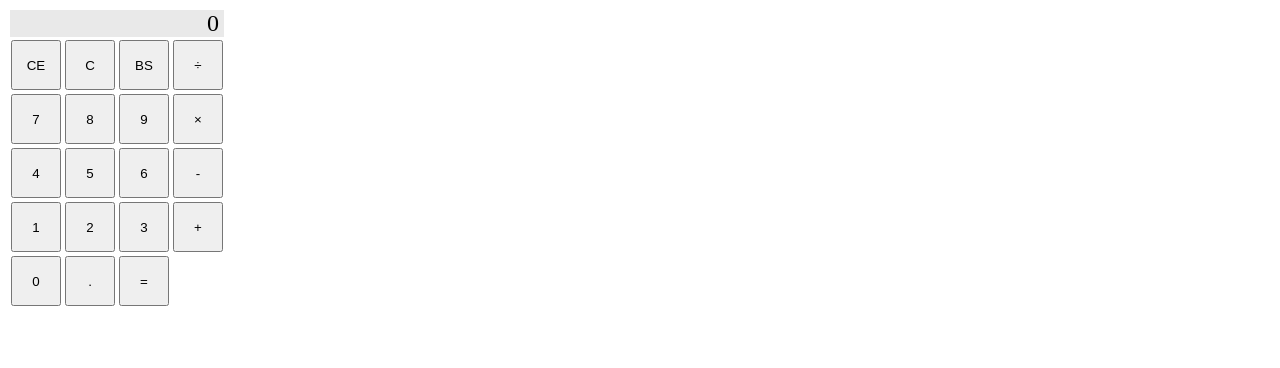
Repository: yunBibi/newlecture_jsp
Page: Test/src/main/webapp/calc3.html
These files come from the project's save history. The page is drawn as it stood at one moment and after the next save; the edit follows.
The browser window is 1280 px wide. The pictures show the whole page.

Above is the page before, as saved 2021-12-04 07:24:12.

### Test/src/main/webapp/calc3.html
<!DOCTYPE html>
<html>
<head>
<meta charset="UTF-8">
<title>Insert title here</title>
<style>
input{
	width:50px;
	height:50px;
}
.output{
	heigt: 50px;
	background: #e9e9e9;
	font-size: 24px;
	font-style: bold;
	text-align: right;
	padding: 0px 5px;
}

</style>
</head>
<body>
	<form action="calc3" method="post">
		<table>
			<tr>
				<td class="output" colspan="4">0</td>
			</tr>
			<tr>
				<td><input type="submit" name="operator" value="CE" /></td>
				<td><input type="submit" name="operator" value="C" /></td>
				<td><input type="submit" name="operator" value="BS" /></td>
				<td><input type="submit" name="operator" value="÷" /></td>
			</tr>
			<tr>
				<td><input type="submit" name="value" value="7" /></td>
				<td><input type="submit" name="value" value="8" /></td>
				<td><input type="submit" name="value" value="9" /></td>
				<td><input type="submit" name="operator" value="×" /></td>
			</tr>
			<tr>
				<td><input type="submit" name="value" value="4" /></td>
				<td><input type="submit" name="value" value="5" /></td>
				<td><input type="submit" name="value" value="6" /></td>
				<td><input type="submit" name="operator" value="-" /></td>
			</tr>
			<tr>
				<td><input type="submit" name="value" value="1" /></td>
				<td><input type="submit" name="value" value="2" /></td>
				<td><input type="submit" name="value" value="3" /></td>
				<td><input type="submit" name="operator" value="+" /></td>
			</tr>
			<tr>
				<td><input type="submit" name="value" value="0" /></td>
				<td><input type="submit" name="dot" value="." /></td>
				<td><input type="submit" name="operator" value="=" /></td>
			</tr>

		</table>
	</form>
</body>
</html>

After the next save:
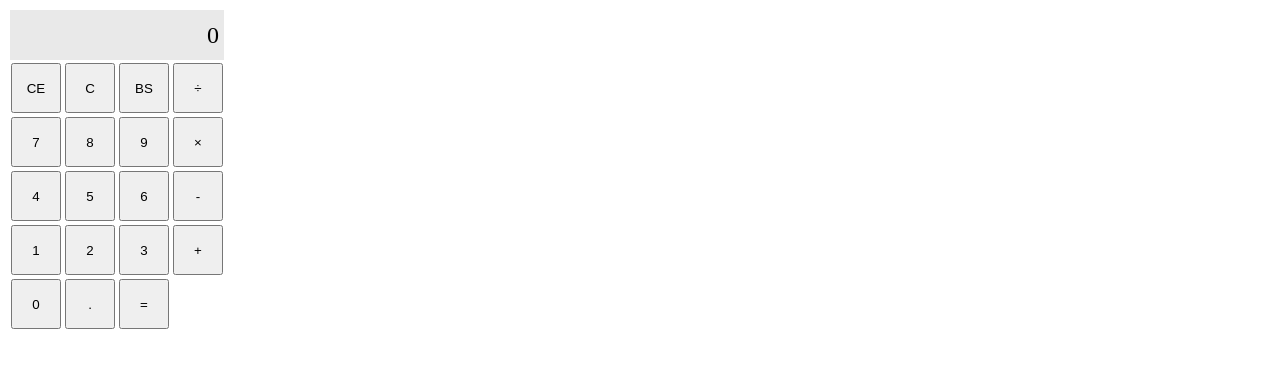
Saved 10 s later.
--- a/Test/src/main/webapp/calc3.html
+++ b/Test/src/main/webapp/calc3.html
@@ -9,7 +9,7 @@ input{
 	height:50px;
 }
 .output{
-	heigt: 50px;
+	height: 50px;
 	background: #e9e9e9;
 	font-size: 24px;
 	font-style: bold;
